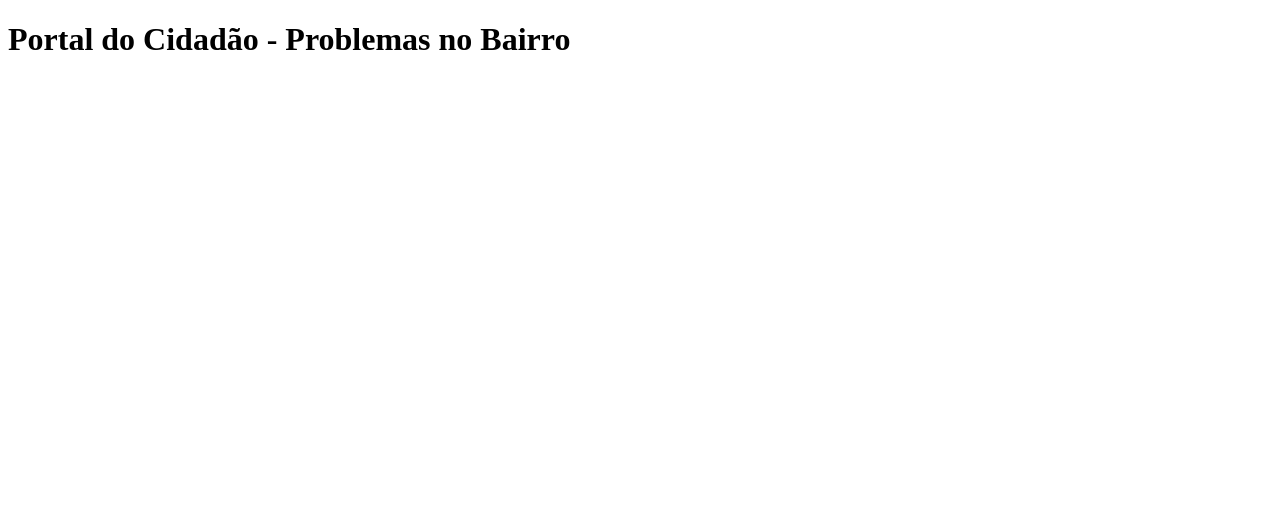
Repository: Marcelinalima/Java_JSP
Page: formulario_ex/src/main/webapp/reclamacoes.html
An editor plug-in stored every save of this project. The page is shown before and after the next save, followed by the edit.
The browser window is 1280 px wide. The pictures show the whole page.

Above is the page before, as saved 2023-04-17 13:52:39.

### formulario_ex/src/main/webapp/reclamacoes.html
<!DOCTYPE html>
<html>
<head>
<meta charset="UTF-8">
<title>Portal Cidadão</title>
</head>
<body>
    <h1>Portal do Cidadão - Problemas no Bairro</h1>
    <form action="/Formulario_ex/ReclamacoesServelet" method="post"></form>


</body>
</html>

After the next save:
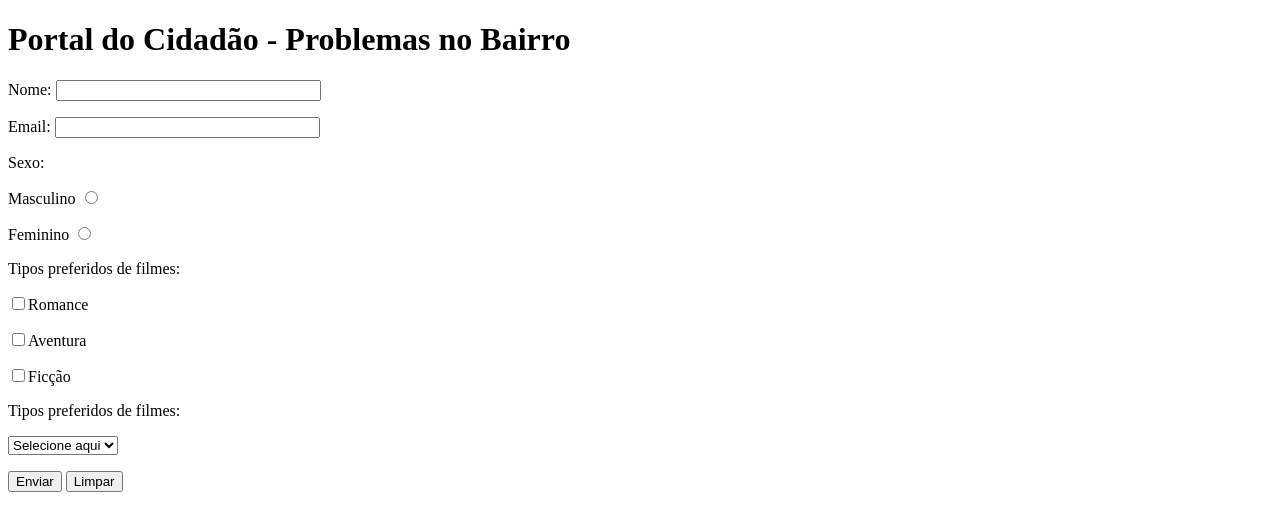
Saved 10 min 50 s later.
--- a/formulario_ex/src/main/webapp/reclamacoes.html
+++ b/formulario_ex/src/main/webapp/reclamacoes.html
@@ -7,7 +7,30 @@
 <body>
     <h1>Portal do Cidadão - Problemas no Bairro</h1>
     <form action="/Formulario_ex/ReclamacoesServelet" method="post"></form>
+    <p>Nome: <input type="text" name="p_nome" size="30" /></p>
+		<p>Email:  <input type="email" name="p_email" size="30" /></p>
 
+		<p>Sexo:</p>
+		<p>Masculino  <input type="radio" name="p_sexo" value="masculino" /></p>
+		<p>Feminino  <input type="radio" name="p_sexo" value="feminino" /></p>
+
+		<p>Tipos preferidos de filmes:</p>
+		<p><input type="checkbox" name="p_ck1" value="romance" />Romance</p>
+		<p><input type="checkbox" name="p_ck2" value="aventura" />Aventura</p>
+		<p><input type="checkbox" name="p_ck3" value="Ficção" />Ficção</p>
+
+		<p>Tipos preferidos de filmes:</p>
+		<select name="p_estadoCivil">
+			<option selected="selected" disabled>Selecione aqui</option>
+			<option value="solteiro(a)">Solteiro(a)</option>
+			<option value="casado(a)">Casado(a)</option>
+			<option value="Viuvo(a)">Viuvo(a)</option>
+		</select>
+
+		<p>
+			<input type="submit" value="Enviar" />
+			<input type="reset" value="Limpar" />
+		</p>
 
 </body>
 </html>
